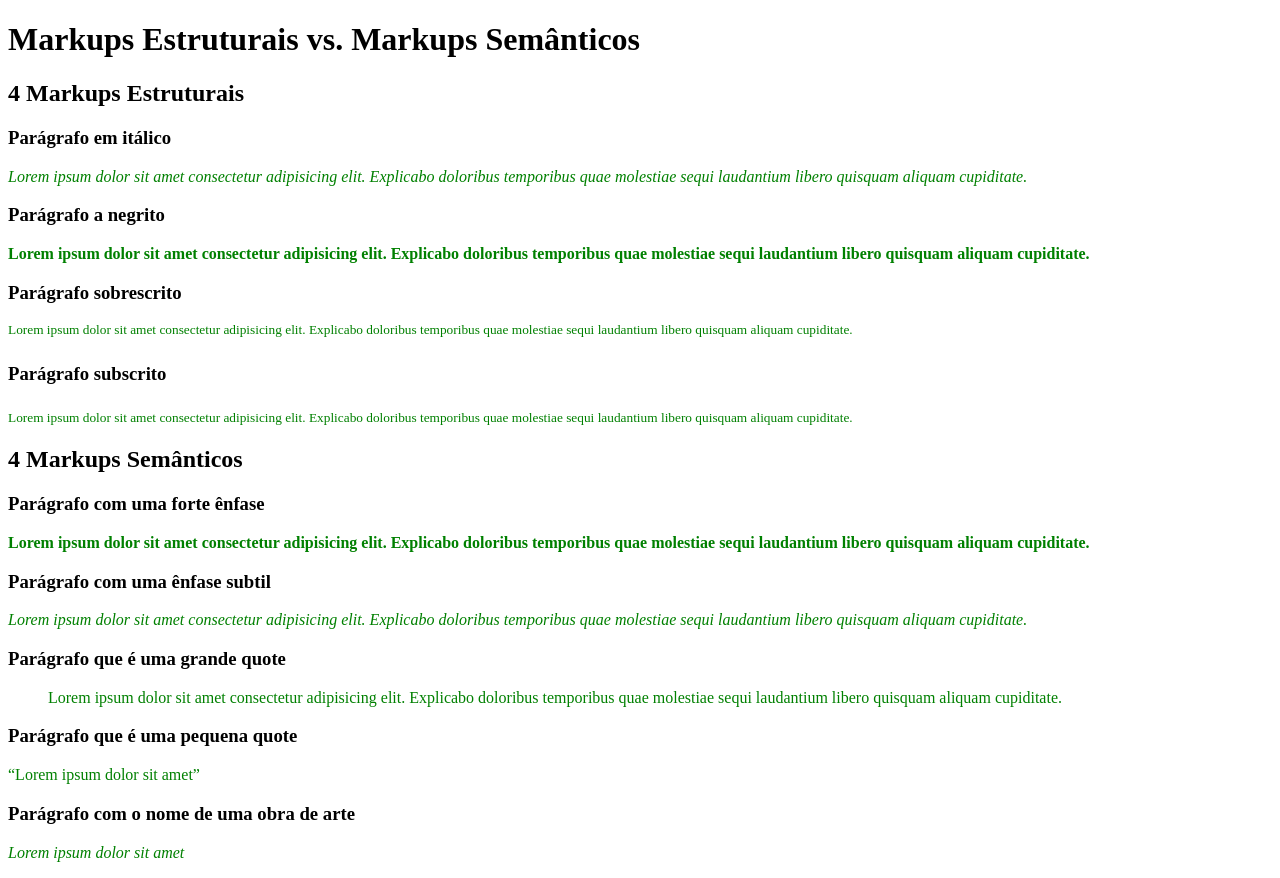
Repository: inespalma/About_Me
Page: Coding_Challenges/HTML/markupsEstruturalVSSemantico.html.html
These files come from the project's save history. The page is drawn as it stood at one moment and after the next save; the edit follows.
The browser window is 1280 px wide. The pictures show the whole page.

Above is the page before, as saved 2024-11-20 09:59:18.

After the next save:
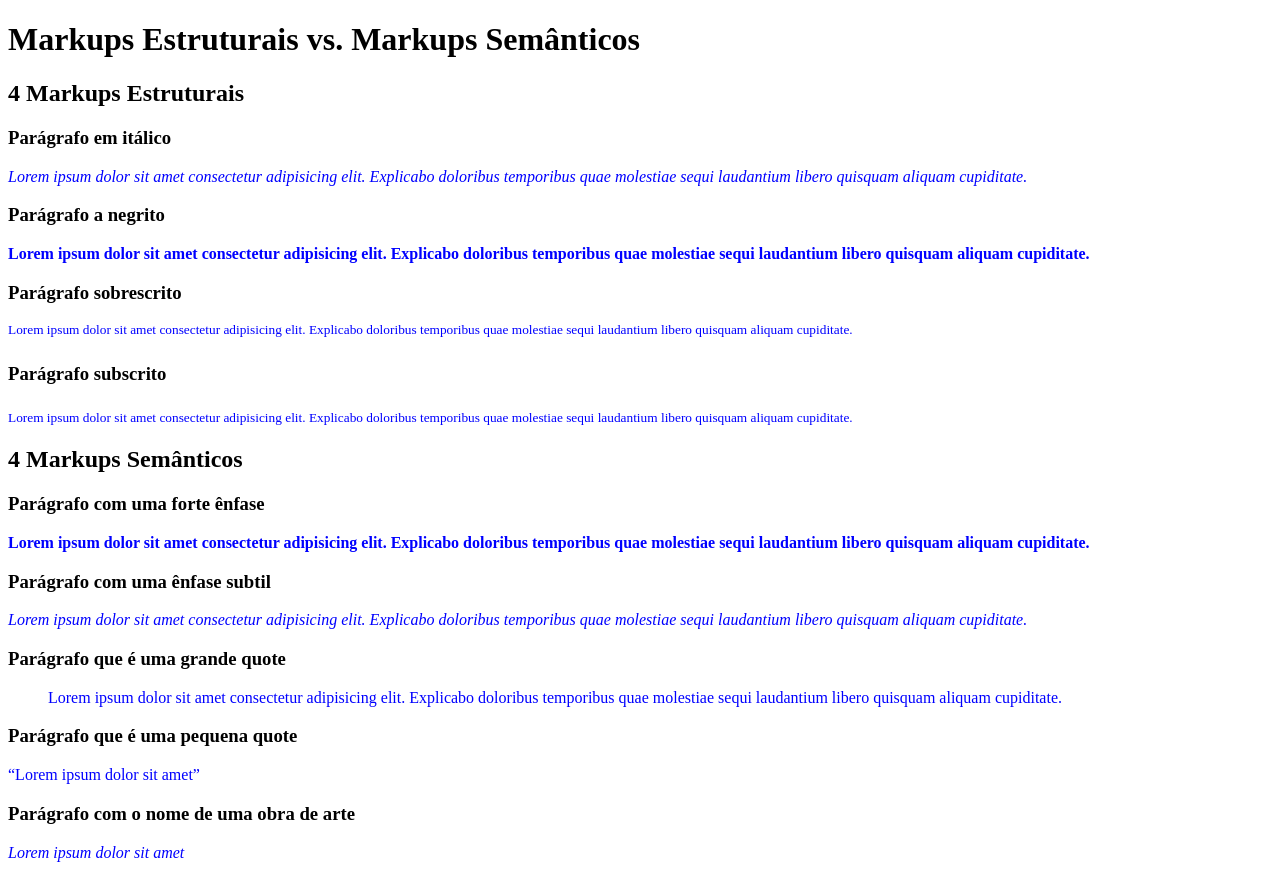
Saved 10 s later.
--- a/Coding_Challenges/HTML/markupsEstruturalVSSemantico.html.html
+++ b/Coding_Challenges/HTML/markupsEstruturalVSSemantico.html.html
@@ -7,7 +7,7 @@
 </head>
 <style>
         p {
-                color: green;
+                color: blue;
         }
 </style>
 
